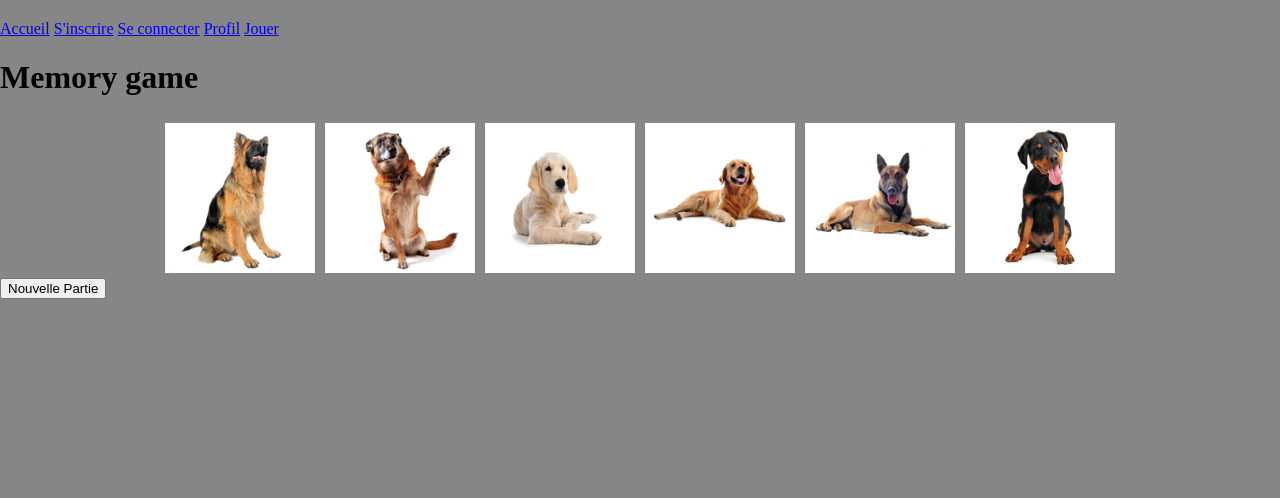
Repository: Ludmilla06/memory-game
Page: game.html
An editor plug-in stored every save of this project. The page is shown before and after the next save, followed by the edit.
The browser window is 1280 px wide. The pictures show the whole page.

Above is the page before, as saved 2025-10-22 10:15:06.

### game.html
<!DOCTYPE html>
<html lang="fr">
  <head>
    <meta charset="UTF-8" />
    <meta name="viewport" content="width=device-width, initial-scale=1.0" />
    <title>Document</title>
    <link rel="stylesheet" href="css/game.css" />
  </head>
  <body>
    <nav>
      <div class="Onglet">
        <a href="index.html">Accueil</a>
        <a href="inscription.html">S'inscrire</a>
        <a href="login.html">Se connecter</a>
        <a href="profil.html">Profil</a>
        <a href="play.html">Jouer</a>
      </div>
    </nav>
    <h1>Memory game</h1>
    <div id="game">
      <section class="grid"></section>
    </div>
    <button id="reset-btn">Nouvelle Partie</button>
    <script type="module" src="js/game.js"></script>
  </body>
</html>

### css/game.css
*,
*::before,
*::after {
  box-sizing: border-box;
}
body {
    margin: 20px 0;
    background: rgba(68, 67, 67, 0.644);
}

.grid {
    max-width: 960px;
    margin: 0 auto;
    display: flex;
    flex-wrap: wrap;
    justify-content: space-evenly;
}

.card {
    margin: 5px;
    background-color:  rgba(68, 67, 67, 0.644);;
    background-size: contain;
    background-repeat: no-repeat;
    background-position: center center;
    width: 150px;
    height: 150px;
}

### js/game.js

// Target btn reset
const $resetBtn = document.getElementById('reset-btn')
// Prévoit la detection du click sur le btn
$resetBtn.addEventListener('click', resetGame)

function resetGame() {
  // Logique pour réinitialiser le jeu
  console.log('Jeu réinitialisé');
}



document.addEventListener('keydown', (event) => {
  console.log(event);

  if (event.key === ' ') {
    // lancer le jeu
    resetGame();
  } else   console.log('raté');

});

const cardsArray = [
  { name: "Berger Allemand", img: "assets/BA.webp" },
  { name: "Chien Assis", img: "assets/chienassis.webp" },
  { name: "Chiot", img: "assets/chiot.webp" },
  { name: "Labrador", img: "assets/labrador.webp" },
  { name: "Malinois", img: "assets/malinois.webp" },
  { name: "Rottweiler", img: "assets/rott.webp" },
];

// Récupérez le div avec un identifiant root
const game = document.getElementById('game')

// Créer une section avec une classe de grille
const grid = document.createElement('section')
grid.setAttribute('class', 'grid')

// Attacher la grille au jeu
game.appendChild(grid)

// Pour chaque élément du tableau cardsArray
cardsArray.forEach((item) => {
// Créer une div
 const card = document.createElement('div')

 // Appliquer une classe de carte à ce div
 card.classList.add('card')

 // Définissez l'attribut data-name du div sur le nom cardsArray
 card.dataset.name = item.name

 // Appliquer l'image d'arrière-plan du div à l'image cardsArray
 card.style.backgroundImage = `url(${item.img})` //on va appeler l'image à partir du tableau cardsArray

 // Ajouter le div à la section de grille
 grid.appendChild(card)
})

// Dupliquer le tableau pour créer une correspondance pour chaque carte
let gameGrid = cardsArray.concat(cardsArray) // concat permet de fusionner deux tableaux

// Pour chaque élément du tableau gameGrid
gameGrid.forEach(item => {
})

After the next save:
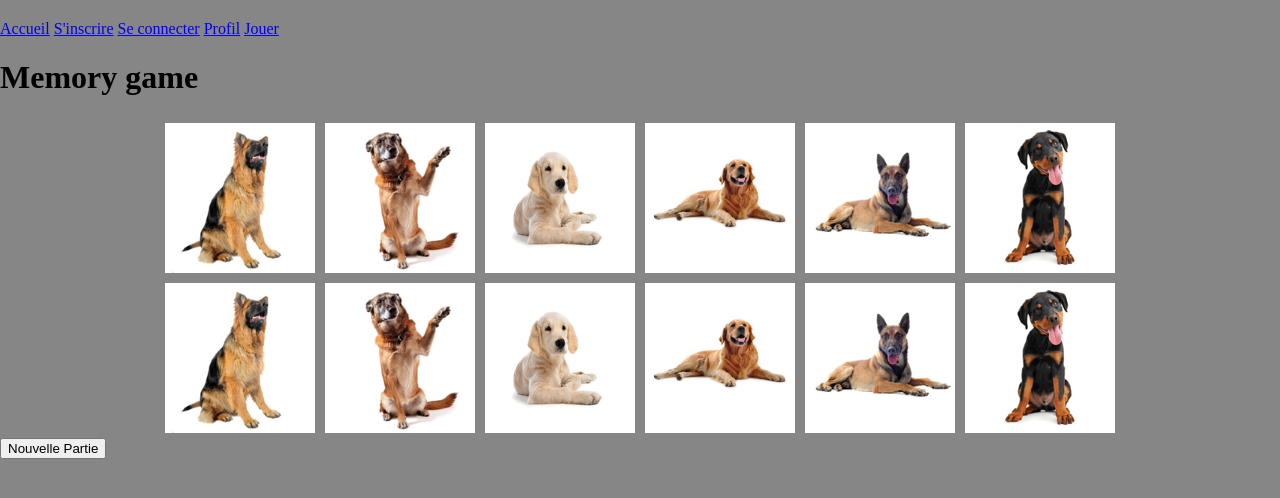
Saved 15 min 27 s later.
--- a/js/game.js
+++ b/js/game.js
@@ -40,15 +40,18 @@ grid.setAttribute('class', 'grid')
 // Attacher la grille au jeu
 game.appendChild(grid)
 
-// Pour chaque élément du tableau cardsArray
-cardsArray.forEach((item) => {
+// Dupliquer le tableau pour créer une correspondance pour chaque carte
+let gameGrid = cardsArray.concat(cardsArray) // concat permet de fusionner deux tableaux
+
+// Puis créer les cartes avec le tableau dupliqué (gameGrid au lieu de cardsArray)
+gameGrid.forEach((item) => {
 // Créer une div
- const card = document.createElement('div')
+const card = document.createElement('div')
 
- // Appliquer une classe de carte à ce div
+// Appliquer une classe de carte à ce div
  card.classList.add('card')
 
- // Définissez l'attribut data-name du div sur le nom cardsArray
+// Définissez l'attribut data-name du div sur le nom cardsArray
  card.dataset.name = item.name
 
  // Appliquer l'image d'arrière-plan du div à l'image cardsArray
@@ -57,10 +60,3 @@ cardsArray.forEach((item) => {
  // Ajouter le div à la section de grille
  grid.appendChild(card)
 })
-
-// Dupliquer le tableau pour créer une correspondance pour chaque carte
-let gameGrid = cardsArray.concat(cardsArray) // concat permet de fusionner deux tableaux
-
-// Pour chaque élément du tableau gameGrid
-gameGrid.forEach(item => {
-})
